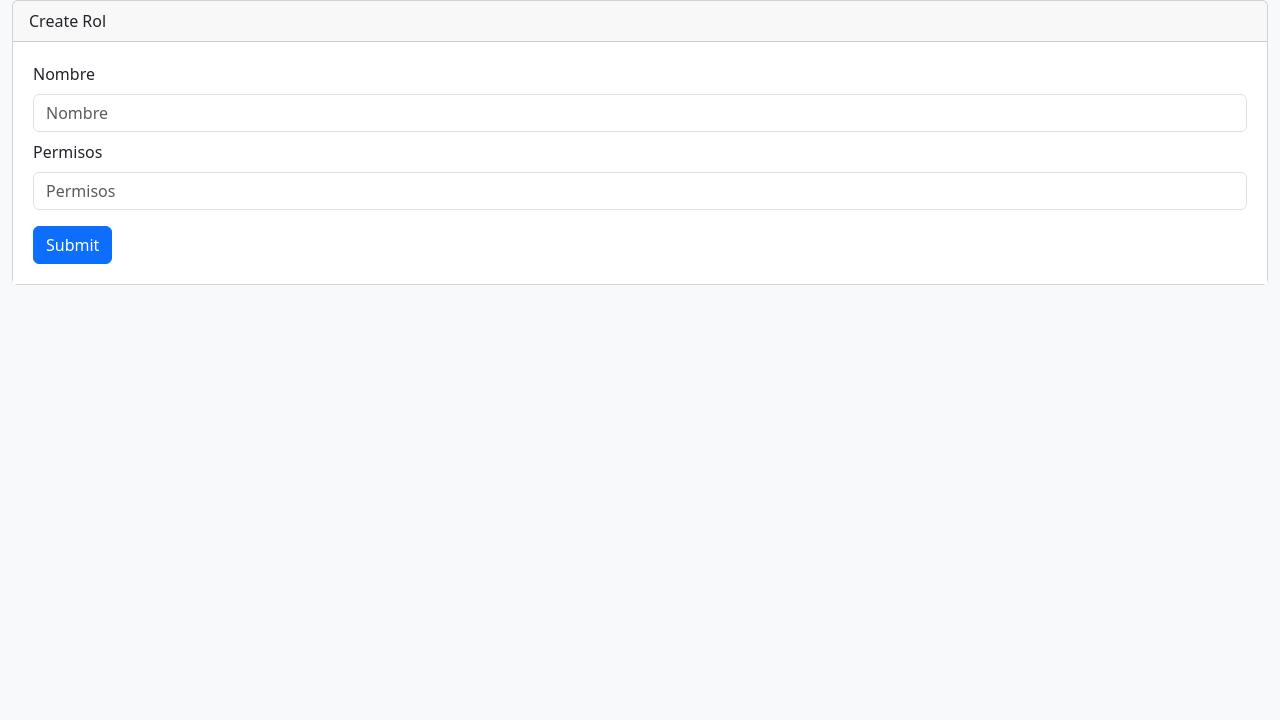
Repository: iAngie28/autoescuela-unido
Page: http://localhost/rols/create
An editor plug-in stored every save of this project. The page is shown before and after the next save, followed by the edit.
The browser window is 1280 px wide. The pictures show the whole page.
The page is served by the project's Laravel application, run on PHP 8.4 with Laravel 12.

Above is the page before, as saved 2025-05-07 02:26:21.

After the next save:
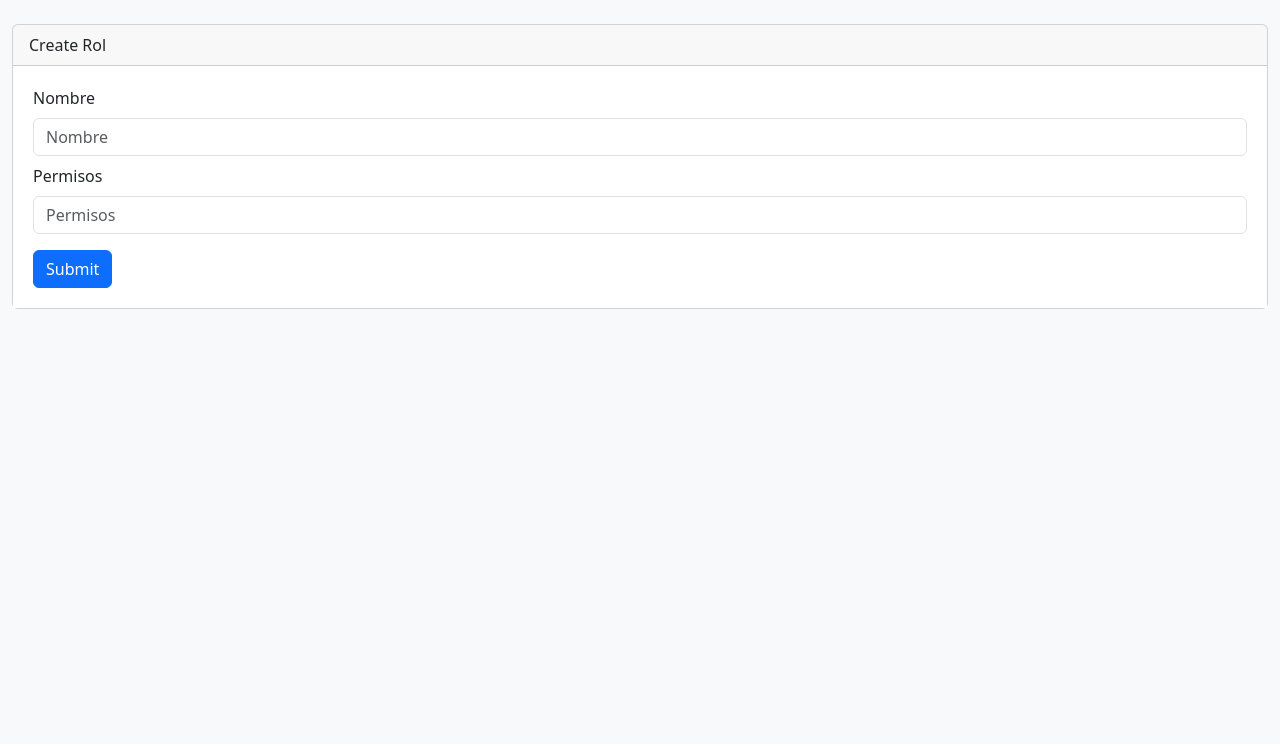
Saved 12 s later.
--- a/resources/views/rol/create.blade.php
+++ b/resources/views/rol/create.blade.php
@@ -1,6 +1,6 @@
 @extends('layouts.guest-bootstrap')
     @section('content')
-    <section class="content container-fluid">
+    <section class="content container-fluid mt-4">
         <div class="row">
             <div class="col-md-12">
 
